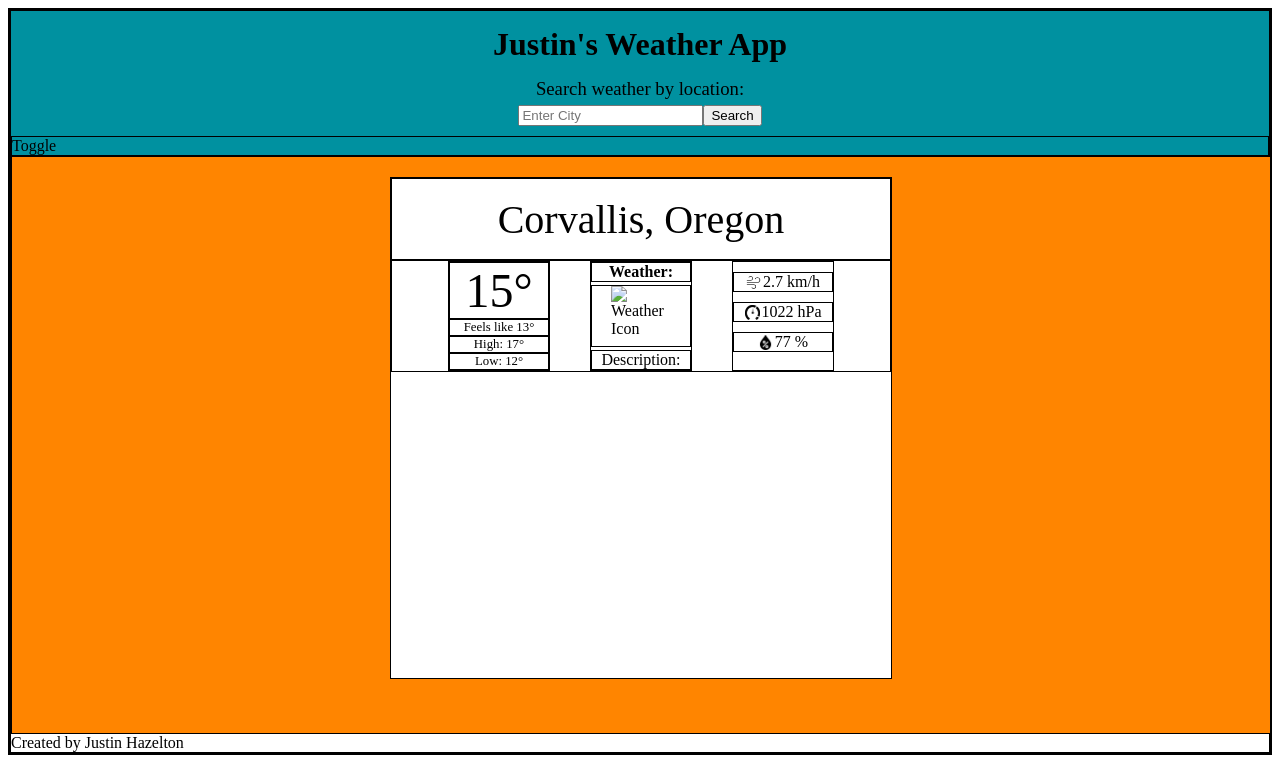
Repository: J-Haze/Weather
Page: /
An editor plug-in stored every save of this project. The page is shown before and after the next save, followed by the edit.
The browser window is 1280 px wide. The pictures show the whole page.
The project was rebuilt for these pictures with package versions that can differ from the ones it lists, and the page was loaded fresh each time. Also part of the build but not shown: src/index.css.

Above is the page before, as saved 2020-09-06 21:46:09.

### public/index.html
<!DOCTYPE html>
<html lang="en">
  <head>
    <meta charset="utf-8" />
    <link rel="icon" href="%PUBLIC_URL%/favicon.ico" />
    <meta name="viewport" content="width=device-width, initial-scale=1" />
    <meta name="theme-color" content="#000000" />
    <meta
      name="description"
      content="Web site created using create-react-app"
    />
    <link rel="apple-touch-icon" href="%PUBLIC_URL%/logo192.png" />
    <!--
      manifest.json provides metadata used when your web app is installed on a
      user's mobile device or desktop. See https://developers.google.com/web/fundamentals/web-app-manifest/
    -->
    <link rel="manifest" href="%PUBLIC_URL%/manifest.json" />
    <!--
      Notice the use of %PUBLIC_URL% in the tags above.
      It will be replaced with the URL of the `public` folder during the build.
      Only files inside the `public` folder can be referenced from the HTML.

      Unlike "/favicon.ico" or "favicon.ico", "%PUBLIC_URL%/favicon.ico" will
      work correctly both with client-side routing and a non-root public URL.
      Learn how to configure a non-root public URL by running `npm run build`.
    -->
    <title>Weather App ⛅</title>
  </head>
  <body>
    <noscript>You need to enable JavaScript to run this app.</noscript>
    <div id="root"></div>
    <!--
      This HTML file is a template.
      If you open it directly in the browser, you will see an empty page.

      You can add webfonts, meta tags, or analytics to this file.
      The build step will place the bundled scripts into the <body> tag.

      To begin the development, run `npm start` or `yarn start`.
      To create a production bundle, use `npm run build` or `yarn build`.
    -->
  </body>
</html>

### src/App.js
import React from "react";
import "./App.css";
import Weather from "./components/Weather"


// import Results from "./components/Results"

function App() {
  return (
    <div className="App" >
      <Weather />
    </div >
  )

}

export default App;

### src/App.css
:root{
    --light-blue: rgb(0,145,160);
    --orange: rgb(255, 133, 0);
    --dark-blue: rgb(0, 39, 96);
}

div {
    border: solid black 1px;
}

/* #root{
        width: 100%;
        height: 100%;
        bottom: 0px;
}

#app{
        width: 100%;
        height: 100%;
        bottom: 0px;
} */

header{
    background-color: var(--light-blue);
    display: flex;
    flex-direction: column;
    margin-left: auto;
    margin-right: auto;
    justify-content: center;
}

#title{
    display: flex;
    margin-left: auto;
    margin-right: auto;
    justify-content: center;
    /* align-items: center; */
    font-size: 2em;
    margin-top: 15px;
    margin-bottom: 15px;
    font-weight: bold;

    border: none;
}

#subtitle{
    display: flex;
    justify-content: center;
     align-items: center;
     margin-top: none;
     margin-bottom: 5px;;
    font-size: 1.17em;

    border: none;
}

#form{
    display: flex;
    margin-bottom: 10px;
}

#search-box{
    display: flex;
        margin-left: auto;
    justify-content: center;
     align-items: center;

}

#search-button{
    margin-right: auto;

      position: relative;
  /* width: 30px; */
  /* height: 30px;
  line-height: 30px; */
  color: black;
  /* flex-shrink: 0; */
}

#fa-search-location{
    display: flex;
    height: 100%;
    width: 100%;
    color: black;
}

#results-section{
    background-color: var(--orange);
    width: 100%;
    margin-top: 0px;
    height: 100%;
    min-height: 80vh;
}



#results-card{
    background-color: white;
    width: 500px;
    height: 500px;
    margin-top: 20px;
    margin-left: auto;
    margin-right: auto;
}

.location{
    display: flex;
    margin-left: auto;
    margin-right: auto;
    justify-content: center;
     align-items: center;
     height: 80px;
     font-size: 2.5em;
}

.row{
    display: flex;
}

.temp-container{
    margin-left: auto;
    width: 100px;
}

.weather-container{
    display: flex;
    flex-direction: column;
    margin-left: 40px;
    margin-right: 40px;
    width: 100px;
}

.other-container{
    margin-right: auto;
    width: 100px;
}

.temp-main{
    display: flex;
    font-size: 3em;
    justify-content: center;
    align-items: center;
}

.temp{
        display: flex;
    font-size: .8em;
    justify-content: center;
    align-items: center;
}

.mid{
    display: flex;
    justify-content: center;
    align-items: center;
}

.weather{
    margin-top: 0px;
    margin-bottom: auto;
    font-weight: bold;
}

.icon{
    height: 60px;
    width: 60px;
    margin-top: auto;
    margin-bottom: auto;
}

.description{
    margin-top: auto;
    margin-bottom: 0px;
}

.windy{
    height: 15px;
    width: 15px;
    margin-right: 2px;
}

.other{
    display: flex;
    justify-content: center;
    align-items: center;
    margin-top: 10px;
    margin-bottom: auto;
}

### src/components/Weather.js
import React from 'react';
// import getWeather from "./getWeather";
import { useState, useEffect } from 'react';
import "../App.css";
// import { getIconClass, makeDate } from '../Helpers';
import '../../node_modules/font-awesome/css/font-awesome.min.css';


//Weather Icons
import sun from '../assets/icons/01n.png'
import cloud from '../assets/icons/02n.png'
import scatteredCloud from '../assets/icons/03n.png'
import brokenCloud from '../assets/icons/04n.png'
import rain from '../assets/icons/09n.png'
import heavyRain from '../assets/icons/10n.png'
import thunderstorm from '../assets/icons/11n.png'
import snow from '../assets/icons/13n.png'
import mist from '../assets/icons/50n.png'
import windy from '../assets/icons/wind.png'
import pressIcon from '../assets/icons/pressure.png'
import humidIcon from '../assets/icons/humidity.png'


const Weather = () => {

    let [error, setError] = useState(false);
    let [loading, setLoading] = useState(false);
    let [errorMessage, setErrorMessage] = useState("");

    let [location, setLocation] = useState("");
    const [data, setData] = useState(null);
    const [url, setUrl] = useState("")

    const [city, setCity] = useState("");
    const [country, setCountry] = useState("");
    const [weather, setWeather] = useState("");
    const [description, setDescription] = useState("");
    const [icon, setIcon] = useState("");
    const [pressure, setPressure] = useState("");
    const [humidity, setHumidity] = useState("");
    const [wind, setWind] = useState("");

    const [temp, setTemp] = useState("");
    const [max, setMax] = useState("");
    const [min, setMin] = useState("");
    const [feel, setFeel] = useState("");

    // const [searched, setSearched] = useState("false")

    //to keep API hidden:
    //const API_KEY = process.env.REACT_APP_API_KEY;
    const API_KEY = process.env.REACT_APP_API_KEY;


    const handleChange = (event) => {
        event.preventDefault();
        setLocation(event.target.value);
        console.log("event.target.value:", event.target.value)
    };

    const handleSubmit = (event) => {
        event.preventDefault();
        let urlInput = `https://api.openweathermap.org/data/2.5/weather?q=${location}&appid=${API_KEY}`
        setUrl(urlInput)
    };

    useEffect(() => {
        if (!url) return;
        console.log("url:", url)
        const fetchWeather = async () => {
            setLoading(true);
            setError(false);
            try {
                const response = await fetch(url);
                const data = await response.json();
                console.log()
                if (data.cod !== 200) throw new Error(`${data.cod}: ${data.message}`);
                setData(data);
                setCity(data.name);
                setCountry(data.sys.country)
                // date: makeDate(),
                setWeather(data.weather[0].main);
                setDescription(data.weather[0].description);
                setIcon(data.weather[0].icon)
                //^^ get picture based on what the icon is
                setPressure(data.main.pressure);
                setHumidity(data.main.humidity);
                setWind(data.wind.speed);
                setTemp(data.main.temp);
                setMax(data.main['temp_max']);
                setMin(data.main['temp_min']);
                setFeel(data.main['feels_like']);
            } catch (error) {
                setError(true);
                setErrorMessage(error.message);
                console.log(error);
            }
        };
        setLoading(false);
        fetchWeather();
    },
        [url]
    );

    const weatherIcons = {
        '01n': sun,
        '02n': cloud,
        '03n': scatteredCloud,
        '04n': brokenCloud,
        '09n': rain,
        '10n': heavyRain,
        '11n': thunderstorm,
        '13n': snow,
        '50n': mist,
        '200': windy,
        '300': pressIcon,
        '400': humidIcon
    };


    // function toCelsius(fahrenheit) {
    //     return (fahrenheit - 32) * 5 / 9;
    // }

    // function toFahrenheit(celsius) {
    //     return (celsius * 9 / 5) + 32;
    // }


    console.log(error, loading, errorMessage, data)

    return (
        <div id="app">
            <header id="header">
                <div id="title" >Justin's Weather App</div>
                <div id="subtitle"> Search weather by location:</div>
                <form onSubmit={handleSubmit} id="form">
                    <input
                        type="text"
                        name="location"
                        placeholder="Enter City"
                        maxLength="50"
                        value={location || ""}
                        onChange={handleChange}
                        id="search-box"
                    />
                    <button type="submit" id="search-button">
                        <i className="fas fa-search-location"></i>
                        Search
                    </button>
                </form>
                <div> Toggle </div>
            </header>
            <div id="results-section">
                <div id="results-card">
                    <div className="location">
                        {`Corvallis, Oregon${city}${country}`}
                    </div>

                    <div className="row">
                        <div className="temp-container">
                            <div className="temp-main">15&#176; {temp}</div>
                            <div className="feel temp">Feels like 13&#176; {feel}</div>
                            <div className="max temp">High: 17&#176; {max}</div>
                            <div className="min temp">Low: 12&#176; {min}</div>

                        </div>

                        <div className="weather-container">
                            <div className="weather mid"> Weather: {weather} </div>
                            <div className="mid"><img src={weatherIcons[icon]} className="icon" alt="Weather Icon" /></div>
                            <div className="description mid">Description: {description}</div>
                        </div>

                        <div className="other-container">
                            <div className="wind other"><img src={weatherIcons['200']} className="windy" alt="Wind Icon" />2.7{wind} km/h</div>
                            <div className="pressure other">
                                <img src={weatherIcons['300']} className="windy" alt="Wind Icon" />1022  {pressure} hPa
                            </div>
                            <div className="humidity other">
                                <img src={weatherIcons['400']} className="windy" alt="Wind Icon" /> 77{humidity} %</div>
                        </div>
                    </div>
                </div>
            </div>
            <footer>
                Created by Justin Hazelton
            </footer>
        </div>
    )

}

export default Weather

Loaded but not shown: src/index.js (common file); src/serviceWorker.js (common file)

After the next save:
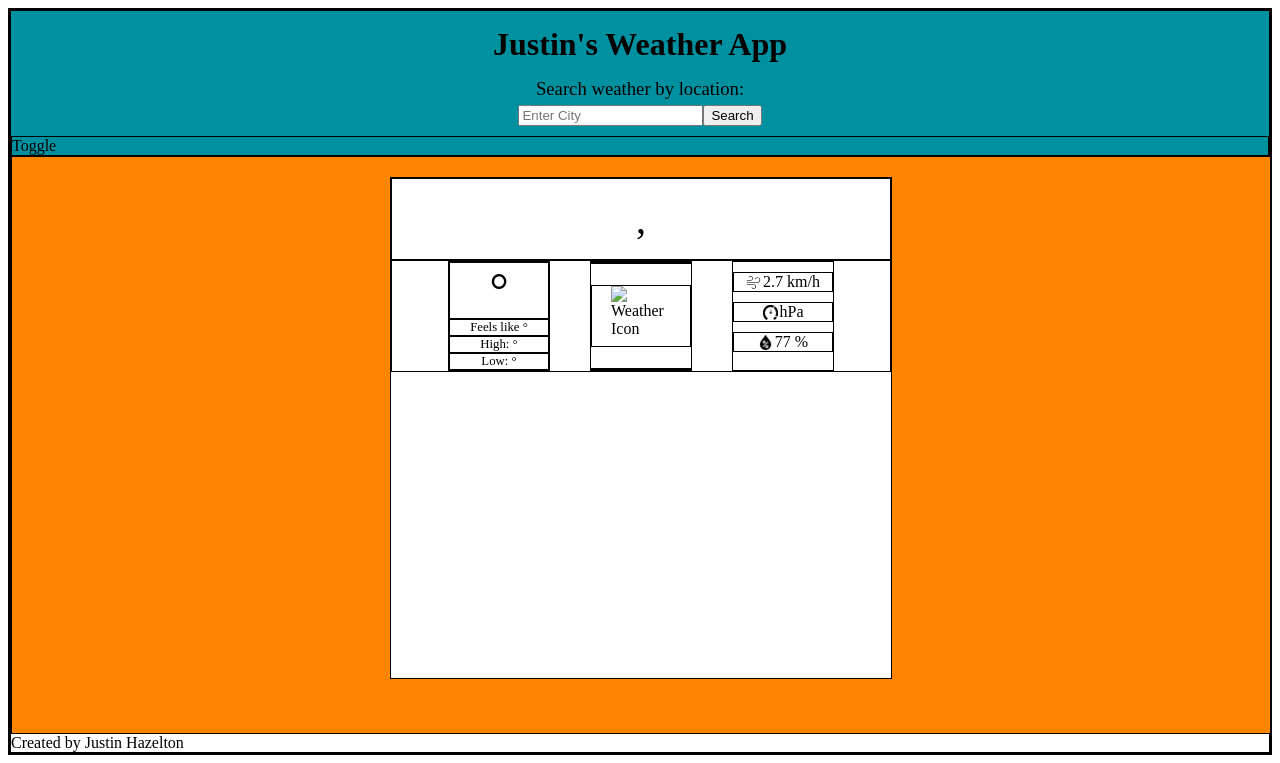
Saved 60 s later.
--- a/src/components/Weather.js
+++ b/src/components/Weather.js
@@ -154,28 +154,28 @@ const Weather = () => {
             <div id="results-section">
                 <div id="results-card">
                     <div className="location">
-                        {`Corvallis, Oregon${city}${country}`}
+                        {`${city}, ${country}`}
                     </div>
 
                     <div className="row">
                         <div className="temp-container">
-                            <div className="temp-main">15&#176; {temp}</div>
-                            <div className="feel temp">Feels like 13&#176; {feel}</div>
-                            <div className="max temp">High: 17&#176; {max}</div>
-                            <div className="min temp">Low: 12&#176; {min}</div>
+                            <div className="temp-main">{temp}&#176;</div>
+                            <div className="feel temp">Feels like {feel}&#176; </div>
+                            <div className="max temp">High: {max}&#176; </div>
+                            <div className="min temp">Low: {min}&#176; </div>
 
                         </div>
 
                         <div className="weather-container">
-                            <div className="weather mid"> Weather: {weather} </div>
+                            <div className="weather mid">{weather} </div>
                             <div className="mid"><img src={weatherIcons[icon]} className="icon" alt="Weather Icon" /></div>
-                            <div className="description mid">Description: {description}</div>
+                            <div className="description mid">{description}</div>
                         </div>
 
                         <div className="other-container">
                             <div className="wind other"><img src={weatherIcons['200']} className="windy" alt="Wind Icon" />2.7{wind} km/h</div>
                             <div className="pressure other">
-                                <img src={weatherIcons['300']} className="windy" alt="Wind Icon" />1022  {pressure} hPa
+                                <img src={weatherIcons['300']} className="windy" alt="Wind Icon" /> {' '}  {pressure} hPa
                             </div>
                             <div className="humidity other">
                                 <img src={weatherIcons['400']} className="windy" alt="Wind Icon" /> 77{humidity} %</div>
